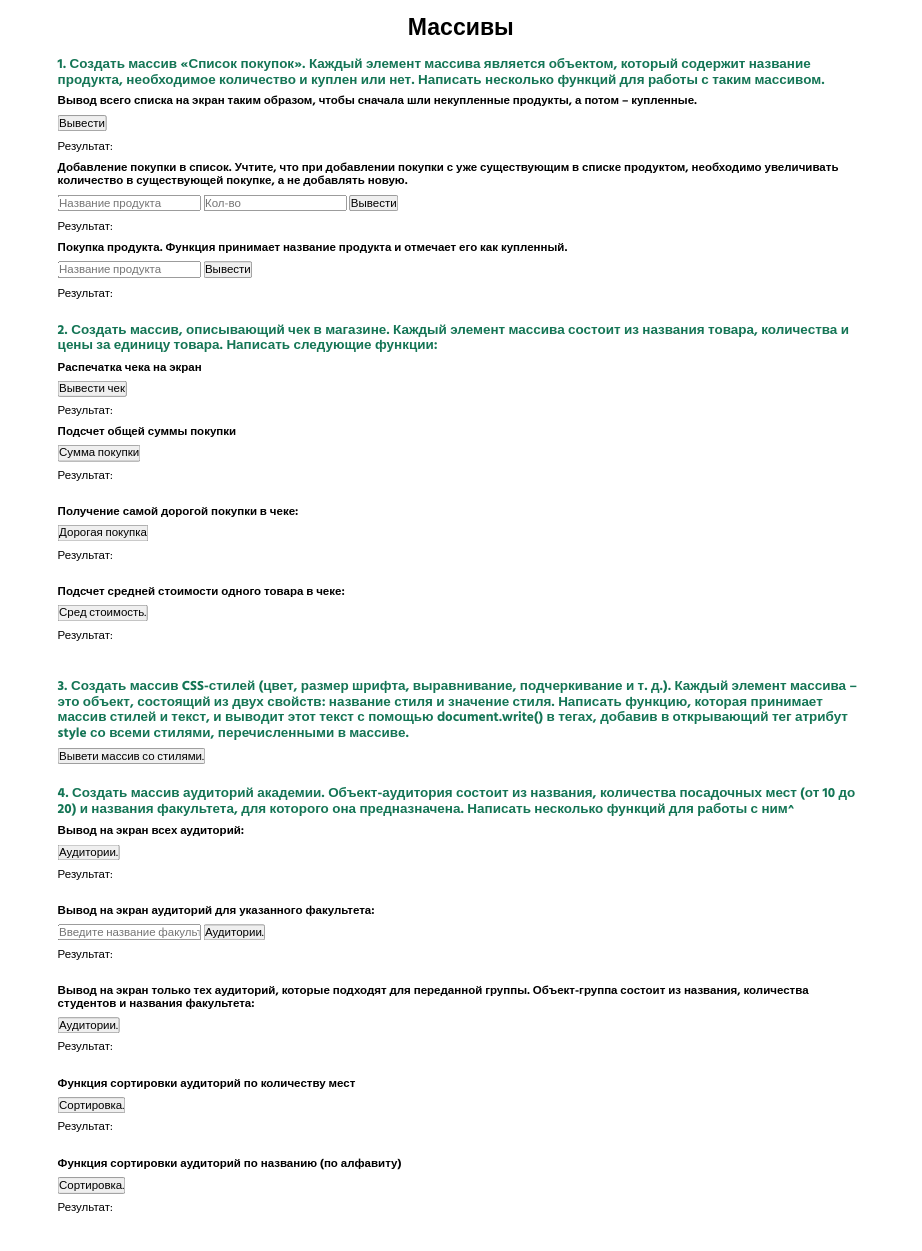
Repository: NastyaGavrilova/Beetroot-js
Page: HW5/index.html
An editor plug-in stored every save of this project. The page is shown before and after the next save, followed by the edit.
The browser window is 1280 px wide. The pictures show the whole page, at 72% of full size.

Above is the page before, as saved 2021-10-23 14:55:59.

### HW5/index.html
<!DOCTYPE html>
<html lang="en">
  <head>
    <meta charset="UTF-8" />
    <meta http-equiv="X-UA-Compatible" content="IE=edge" />
    <meta name="viewport" content="width=device-width, initial-scale=1.0" />
    <link rel="preconnect" href="https://fonts.googleapis.com" />
    <link rel="preconnect" href="https://fonts.gstatic.com" crossorigin />
    <link
      href="https://fonts.googleapis.com/css2?family=Hind+Siliguri:wght@400;500;700&display=swap"
      rel="stylesheet"
    />
    <link
      rel="stylesheet"
      href="https://cdnjs.cloudflare.com/ajax/libs/normalize/8.0.1/normalize.min.css"
      integrity="sha512-NhSC1YmyruXifcj/KFRWoC561YpHpc5Jtzgvbuzx5VozKpWvQ+4nXhPdFgmx8xqexRcpAglTj9sIBWINXa8x5w=="
      crossorigin="anonymous"
      referrerpolicy="no-referrer"
    />
    <link rel="stylesheet" href="./index.css" />
    <title>Arrays</title>
  </head>
  <body>
    <h1>Массивы</h1>
    <section class="c-task1">
      <div class="c-task1__wrapper">
        <h3 class="title">
          1. Создать массив «Список покупок». Каждый элемент массива является
          объектом, который содержит название продукта, необходимое количество и
          куплен или нет. Написать несколько функций для работы с таким
          массивом.
        </h3>
        <p class="task">
          Вывод всего списка на экран таким образом, чтобы сначала шли
          некупленные продукты, а потом – купленные.
        </p>
        <button id="js-task1-btn1">Вывести</button>
        <p class="paragraph">Результат: <span id="js-task1-span1"></span></p>
        <p class="task">
          Добавление покупки в список. Учтите, что при добавлении покупки с уже
          существующим в списке продуктом, необходимо увеличивать количество в
          существующей покупке, а не добавлять новую.
        </p>
        <form action="#" method="get">
          <input
            type="text"
            id="js-task1-input1"
            placeholder="Название продукта"
          />
          <input type="number" id="js-task1-input2" placeholder="Кол-во" />
          <button id="js-task1-btn2">Вывести</button>
        </form>
        <p class="paragraph">Результат: <span id="js-task1-span2"></span></p>
        <p class="task">
          Покупка продукта. Функция принимает название продукта и отмечает его
          как купленный.
        </p>
        <form action="#" method="get">
          <input
            type="text"
            id="js-task1-input4"
            placeholder="Название продукта"
          />
          <button id="js-task1-btn3">Вывести</button>
        </form>
        <p class="paragraph">Результат: <span id="js-task1-span3"></span></p>
      </div>
    </section>
    <section class="c-task2">
      <div class="c-task2__wrapper">
        <h3 class="title">
          2. Создать массив, описывающий чек в магазине. Каждый элемент массива
          состоит из названия товара, количества и цены за единицу товара.
          Написать следующие функции:
        </h3>
        <p class="task">Распечатка чека на экран</p>
        <button id="js-task2-btn1">Вывести чек</button>
        <p>
          Результат: <br />
          <span id="js-task2-span1"></span>
        </p>

        <p class="task">Подсчет общей суммы покупки</p>
        <button id="js-task2-btn2">Сумма покупки</button>
        <p>
          Результат: <br />
          <span id="js-task2-span2"></span><br />
        </p>
        <p class="task">Получение самой дорогой покупки в чеке:</p>
        <button id="js-task2-btn3">Дорогая покупка</button>
        <p>
          Результат: <br />
          <span id="js-task2-span3"></span><br />
        </p>
        <p class="task">Подсчет средней стоимости одного товара в чеке:</p>
        <button id="js-task2-btn4">Сред стоимость.</button>
        <p>
          Результат: <br />
          <span id="js-task2-span4"></span><br />
        </p>
      </div>
    </section>
    <section class="c-task3">
      <div class="c-task3__wrapper">
        <h3 class="title">
          3. Создать массив CSS-стилей (цвет, размер шрифта, выравнивание,
          подчеркивание и т. д.). Каждый элемент массива – это объект, состоящий
          из двух свойств: название стиля и значение стиля. Написать функцию,
          которая принимает массив стилей и текст, и выводит этот текст с
          помощью document.write() в тегах, добавив в открывающий тег атрибут
          style со всеми стилями, перечисленными в массиве.
        </h3>
        <button id="js-task3-btn">Вывети массив со стилями.</button>
      </div>
    </section>
    <section class="c-task4">
      <div class="c-task4__wrapper">
        <h3 class="title">
          4. Создать массив аудиторий академии. Объект-аудитория состоит из
          названия, количества посадочных мест (от 10 до 20) и названия
          факультета, для которого она предназначена. Написать несколько функций
          для работы с ним^
        </h3>
        <p class="task">Вывод на экран всех аудиторий:</p>
        <button id="js-task4-btn1">Аудитории.</button>
        <p>
          Результат: <br />
          <span id="js-task4-span1"></span><br />
        </p>
        <p class="task">Вывод на экран аудиторий для указанного факультета:</p>
        <form action="#" method="get">
          <input
            type="text"
            id="js-task4-input1"
            placeholder="Введите название факультета"
          />
          <button id="js-task4-btn2">Аудитории.</button>
        </form>
        <p>
          Результат: <br />
          <span id="js-task4-span2"></span><br />
        </p>

        <p class="task">
          Вывод на экран только тех аудиторий, которые подходят для переданной
          группы. Объект-группа состоит из названия, количества студентов и
          названия факультета:
        </p>
        <button id="js-task4-btn3">Аудитории.</button>
        <p>
          Результат: <br />
          <span id="js-task4-span3"></span><br />
        </p>
        <p class="task">Функция сортировки аудиторий по количеству мест</p>
        <button id="js-task4-btn4">Сортировка.</button>
        <p>
          Результат: <br />
          <span id="js-task4-span4"></span><br />
        </p>
        <p class="task">
          Функция сортировки аудиторий по названию (по алфавиту)
        </p>
        <button id="js-task4-btn5">Сортировка.</button>
        <p>
          Результат: <br />
          <span id="js-task4-span5"></span><br />
        </p>
      </div>
    </section>
    <script src="index.js"></script>
  </body>
</html>

### HW5/index.css
* {
  box-sizing: border-box;
  padding: 0;
  margin: 0;
}
body {
  max-width: 1200px;
  margin: 0 auto;
  font-family: "Hind Siliguri", sans-serif;
}
h1 {
  text-align: center;
  margin-bottom: 20px;
}

section {
  padding: 0 40px 20px 40px;
}
span {
  font-size: 19px;
  font-weight: 500;
}

.title {
  color: rgb(20, 117, 85);
}
.title,
p,
button {
  margin-bottom: 10px;
}

.task {
  font-weight: bold;
}

### HW5/index.js
// task 1

class Product {
  constructor(params = {}) {
    Object.assign(
      this,
      {
        nameOfProduct: null,
        amount: 1,
        bought: false,
      },
      { ...params }
    );
  }
  // словие сортировки для метода sort
  static sortDefault(a, b) {
    return (
      (a.bought - b.bought) * 10 +
      a.nameOfProduct.localeCompare(b.nameOfProduct)
    );
  }
  // метод для вывода списка
  static showProduct(a) {
    return ` ${a.nameOfProduct} (x${a.amount}) ${
      a.bought ? "куплено" : "не куплено"
    }`;
  }
}
// масив обьектов продуктов
let shopList = [
  { nameOfProduct: "Банан", amount: 2 },
  { nameOfProduct: "Апельсин", amount: 5, bought: true },
  { nameOfProduct: "Молоко", bought: true },
  { nameOfProduct: "Груша", amount: 10 },
].map((prodDef) => new Product(prodDef));

// добавление покупки
let addToShopList = (prodDef) => {
  // при добавлении покупки с уже существующим в списке продуктом, необходимо увеличивать количество в существующей покупке, а не добавлять новую
  let prod = shopList.find(
    (prod) => prod.nameOfProduct === prodDef.nameOfProduct
  );
  if (!prod) return shopList.push(new Product(prodDef));
  prod.amount += prodDef.amount;
};
// функция куаленного продукта
let boughtProduct = (product) => {
  // при вводе существующего продукта его статус меняеться на "куплено"
  let prod = shopList.find(
    (prod) => prod.nameOfProduct === product.nameOfProduct
  );
  if (!prod.bought) return (prod.bought += true);
};
// кнопка для функции сортировки и вівода
let btn1 = document.getElementById("js-task1-btn1");
btn1.addEventListener("click", (e) => {
  e.preventDefault();
  let showSortByBought = document.getElementById("js-task1-span1");
  shopList.sort(Product.sortDefault);
  return (showSortByBought.innerHTML = shopList.map(Product.showProduct));
});
// кнопка для добавления сортировки и вівода
let btn1_2 = document.getElementById("js-task1-btn2");
btn1_2.addEventListener("click", (e) => {
  e.preventDefault();
  let showAddProduct = document.getElementById("js-task1-span2");
  let nameProd = document.getElementById("js-task1-input1");
  let amountProd = document.getElementById("js-task1-input2");
  addToShopList({
    _nameOfProduct: nameProd.value,
    get nameOfProduct() {
      return this._nameOfProduct;
    },
    set nameOfProduct(value) {
      this._nameOfProduct = value;
    },
    amount: +amountProd.value,
  });
  shopList.sort(Product.sortDefault);
  return (showAddProduct.innerHTML = shopList.map(Product.showProduct));
});
// кнопка для изменения статуса продукта, сортировки и вівода
let btn1_3 = document.getElementById("js-task1-btn3");
btn1_3.addEventListener("click", (e) => {
  let showBoughtPoduct = document.getElementById("js-task1-span3");
  let nameProduct = document.getElementById("js-task1-input4");
  boughtProduct({ nameOfProduct: nameProduct.value });
  shopList.sort(Product.sortDefault);
  return (showBoughtPoduct.innerHTML = shopList.map(Product.showProduct));
});

// task 2

class ShopCheck {
  constructor(params = {}) {
    Object.assign(
      this,
      {
        nameShopProduct: null,
        price: 1,
        amount: 1,
      },
      { ...params }
    );
  }
  // сортировка сначала дорогие продуты
  static sortExpensive(a, b) {
    if (a.amount * a.price < b.amount * b.price) {
      return 1;
    }
    if (a.amount * a.price > b.amount * b.price) {
      return -1;
    }
    return 0;
  }
}
let shopCheck = [
  {
    nameOfProduct: "Зубная паста",
    price: 30,
  },
  {
    nameOfProduct: "Бананы",
    price: 10,
    amount: 20,
  },
  {
    nameOfProduct: "Губки (упаковка)",
    price: 30,
    amount: 4,
  },
  {
    nameOfProduct: "Капуста",
    price: 90,
    amount: 2,
  },
  {
    nameOfProduct: "Кастрюля",
    price: 150,
    amount: 1,
  },
].map((prodDef) => new ShopCheck(prodDef));

// переобразование метода toString()
ShopCheck.prototype.toString = function checkToString() {
  return `${this.nameOfProduct} (x${this.amount}), цена ${this.price}грн за 1 ед.`;
};
// функция вывода массива обьектов
let showCheckList = (spanEl) => {
  let str = " ";
  for (let i = 0; i < shopCheck.length; i++) {
    if (shopCheck[i] !== undefined)
      str += i + " - " + shopCheck[i].toString() + "<br>";
  }
  return (spanEl.innerHTML = str);
};
// функция подсчета общей суммы покупок
let sumCheck = (arr) => {
  let result = 0;
  const initialValue = 0;
  result = arr.reduce(function (accumulator, currentValue) {
    return accumulator + currentValue.price * currentValue.amount;
  }, initialValue);
  return result;
};

// функция подсчета средней стоимости товара в чеке
let mediumPriceInChek = (arr) => {
  let result = 0;
  result = sumCheck(arr) / arr.length;
  return result;
};

let btn2 = document.getElementById("js-task2-btn1");
btn2.addEventListener("click", (e) => {
  e.preventDefault();
  let outputShopCheck = document.getElementById("js-task2-span1");
  showCheckList(outputShopCheck);
});

let btn2_1 = document.getElementById("js-task2-btn2");
btn2_1.addEventListener("click", (e) => {
  e.preventDefault();
  let outputSumCheck = document.getElementById("js-task2-span2");
  outputSumCheck.innerHTML = sumCheck(shopCheck) + " грн";
});

let btn2_3 = document.getElementById("js-task2-btn3");
btn2_3.addEventListener("click", (e) => {
  e.preventDefault();
  let outputExpensiveProd = document.getElementById("js-task2-span3");
  shopCheck.sort(ShopCheck.sortExpensive);
  outputExpensiveProd.innerHTML = shopCheck[0].toString();
});

let btn2_4 = document.getElementById("js-task2-btn4");
btn2_4.addEventListener("click", (e) => {
  e.preventDefault();
  let outputAvgPrice = document.getElementById("js-task2-span4");
  outputAvgPrice.innerHTML = mediumPriceInChek(shopCheck) + " грн";
});

// task3

let styles = [
  {
    color: "palevioletred",
    "font-weight": "bold",
    padding: "10px",
    border: "4px double #E800FD",
    text: "Lorem ipsum dolor sit amet consectetur adipisicing elit. Sed, dolorem. Nam, dignissimos alias laborum, minima doloremque repudiandae nostrum est ea ipsa atque similique voluptate voluptates blanditiis vero! Molestiae, similique iusto.",
  },
  {
    color: "blue",
    "font-weight": "bold",
    padding: "10px",
    border: "4px solid #1E2A9F",
    text: "Lorem ipsum dolor sit amet consectetur adipisicing elit. Sed, dolorem. Nam, dignissimos alias laborum, minima doloremque repudiandae nostrum est ea ipsa atque similique voluptate voluptates blanditiis vero! Molestiae, similique iusto.",
  },
];

function newContentStyles() {
  styles.forEach((item) => {
    document.write(
      `<p style = "color: ${item.color}; font-weight: ${item["font-weight"]}; padding: ${item["padding"]}; border: ${item.border}">${item.text}</p> `
    );
  });
}
let btn3 = document.getElementById("js-task3-btn");
btn3.addEventListener("click", (e) => {
  e.preventDefault();
  newContentStyles();
});

// task 4

class Audiences {
  constructor(params = {}) {
    Object.assign(
      this,
      {
        name: null,
        seats: 1,
        faculty: null,
      },
      { ...params }
    );
  }

  static sortBySeats(a, b) {
    if (a.seats < b.seats) {
      return 1;
    }
    if (a.seats > b.seats) {
      return -1;
    }
    return 0;
  }
}
Audiences.prototype.toString = function checkToString() {
  return `${this.name} (x${this.seats}), Факультет ${this.faculty} `;
};

let audincesList = [
  {
    name: "Первая",
    seats: 230,
    faculty: "Компьютерных технологий",
  },
  {
    name: "Вторая",
    seats: 135,
    faculty: "Филологии",
  },
  {
    name: "Третья",
    seats: 97,
    faculty: "Экономики",
  },
  {
    name: "Четвертая",
    seats: 188,
    faculty: "Компьютерных технологий",
  },
  {
    name: "Пятая",
    seats: 104,
    faculty: "Архитектуры",
  },
].map((prodDef) => new Audiences(prodDef));

let showAudiences = (arr, spanEl) => {
  let str = " ";
  for (let i = 0; i < arr.length; i++) {
    if (arr[i] !== undefined) str += i + " - " + arr[i].toString() + "<br>";
  }
  return (spanEl.innerHTML = str);
};

let showAudiencesByFaculty = (arr, faculty, spanEl) => {
  let str = " ";
  for (let i = 0; i < arr.length; i++) {
    if (arr[i].faculty === faculty) {
      str += i + " - " + arr[i].toString() + "<br>";
    }
  }
  return (spanEl.innerHTML = str);
};

let group = {
  name: "Инженерия программного обеспечения",
  students: 60,
  faculty: "Компьютерных технологий",
};

let findAudiencesForGroup = (arr, obj, spanEl) => {
  for (let i = 0; i < arr.length; i++) {
    if (arr[i].seats === obj.students || arr[i].seats > group.students) {
      return (spanEl.innerHTML = ` ${arr[i].name} подходит для группы ${group.name} !`);
    }
  }
};

let btn4 = document.getElementById("js-task4-btn1");
btn4.addEventListener("click", (e) => {
  e.preventDefault();
  let audiencesShow = document.getElementById("js-task4-span1");
  showAudiences(audincesList, audiencesShow);
});

let btn4_1 = document.getElementById("js-task4-btn2");
btn4_1.addEventListener("click", (e) => {
  e.preventDefault();
  let audienceShow1 = document.getElementById("js-task4-span2");
  let facultyName = document.getElementById("js-task4-input1");
  showAudiencesByFaculty(audincesList, facultyName.value, audienceShow1);
});

let btn4_2 = document.getElementById("js-task4-btn3");
btn4_2.addEventListener("click", (e) => {
  e.preventDefault();
  let audiencesShow2 = document.getElementById("js-task4-span3");
  findAudiencesForGroup(audincesList, group, audiencesShow2);
});

let btn4_3 = document.getElementById("js-task4-btn4");
btn4_3.addEventListener("click", (e) => {
  e.preventDefault();
  let sortAudiencesBySeats = document.getElementById("js-task4-span4");
  audincesList.sort(Audiences.sortBySeats);
  showAudiences(audincesList, sortAudiencesBySeats);
});

let btn4_4 = document.getElementById("js-task4-btn5");
btn4_4.addEventListener("click", (e) => {
  e.preventDefault();
  let sortByAlphabit = document.getElementById("js-task4-span5");
  audincesList.sort();
  showAudiences(audincesList, sortByAlphabit);
});

After the next save:
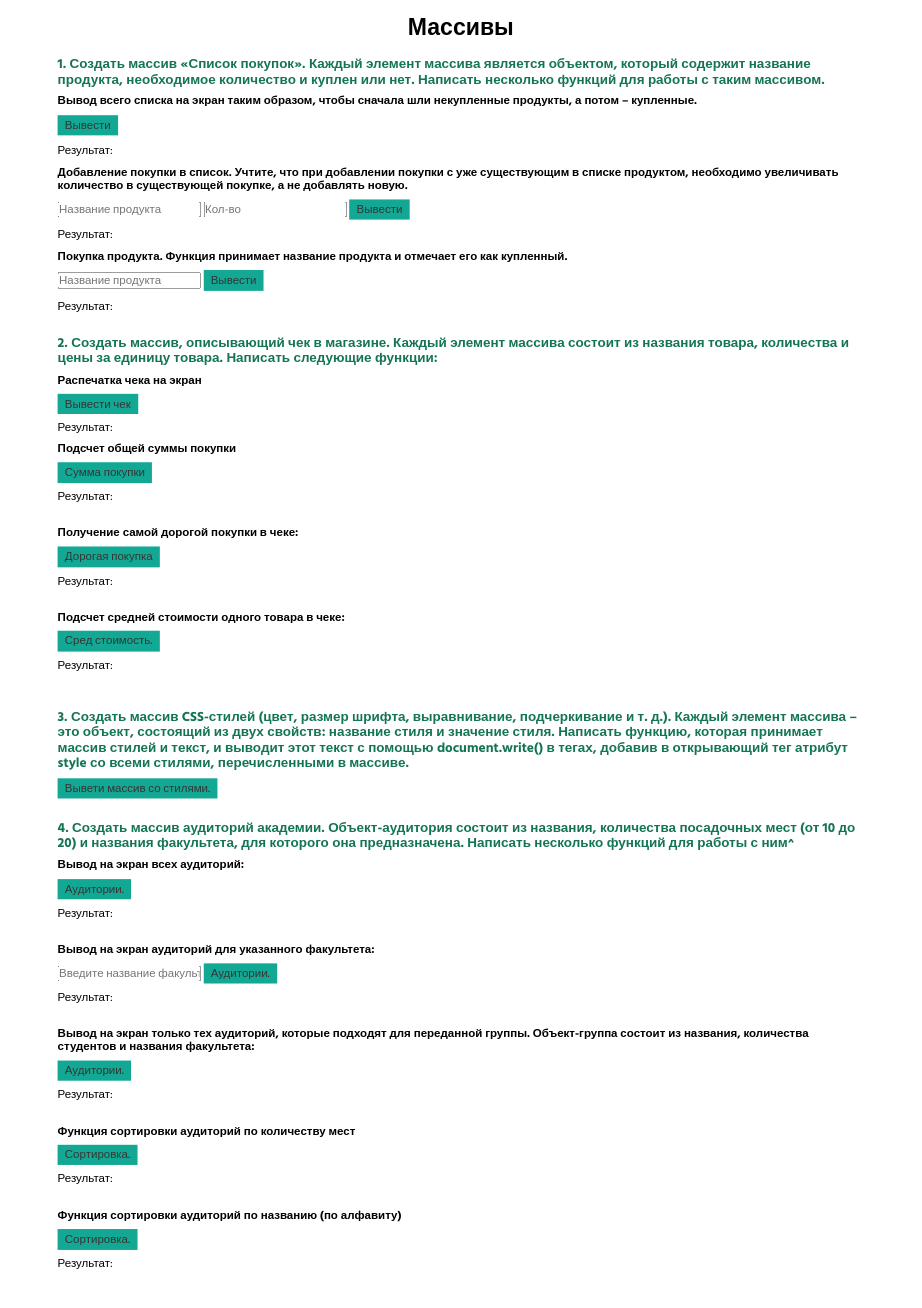
Saved 35 s later.
--- a/HW5/index.css
+++ b/HW5/index.css
@@ -30,6 +30,15 @@ button {
   margin-bottom: 10px;
 }
 
+button {
+  border: none;
+  background-color: rgb(19, 168, 148);
+  color: rgb(54, 53, 53);
+  margin-bottom: 10px;
+  font-weight: 500;
+  padding: 5px 10px;
+  cursor: pointer;
+}
 .task {
   font-weight: bold;
 }
